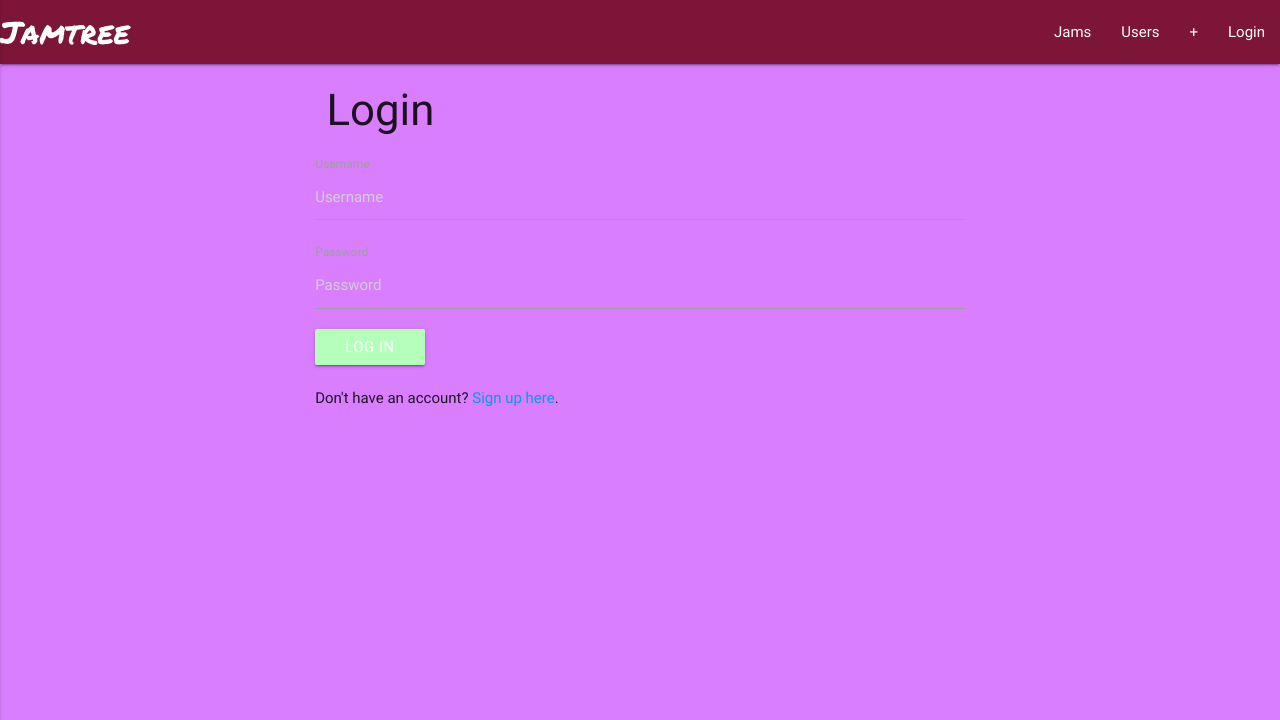
Repository: EdShackleton/milestone-project-3
Page: http://localhost/go_to_login
The author's editor kept a record of every edit. The page is drawn from the files as they stood at one moment, then again after the next edit.
The browser window is 1280 px wide. The pictures show the whole page.
Some web libraries are served in a nearby version. The page is served by the project's application, run on Flask 3 (app.py). Style sheets and scripts are compiled from the project's sources, by tool versions that may differ from the author's.

Above is the page before.

### templates/login.html
{% extends 'base.html' %} {% block content %}
<div class="container">
<h3>Login</h3>
    <div class="row">
        <div class="col-md-4 col-md-offset-4">
            <form method=POST action="{{ url_for('login') }}">
                <div class="form-group">
                    <label for="exampleInputEmail1">Username</label>
                    <input type="text" class="form-control" name="username" placeholder="Username">
                </div>
                <div class="form-group">
                    <label for="exampleInputPassword1">Password</label>
                    <input type="password" class="form-control" name="password" placeholder="Password">
                </div>
                <button type="submit" class="btn btn-primary btn-block">Log In</button>
            </form>
            <br>
            <div>
                Don't have an account? <a href="{{ url_for('register') }}">Sign up here</a>.
            </div>
        </div>
    </div>
</div>

{% endblock %}

### templates/base.html
<!DOCTYPE html>
<html>

<head>
    <link href="https://fonts.googleapis.com/icon?family=Material+Icons" rel="stylesheet">
    <link href="https://fonts.googleapis.com/css?family=Permanent+Marker|Roboto&display=swap" rel="stylesheet">
    <link rel="stylesheet" href="static/css/style.css" type="text/css" />
    <link rel="stylesheet" href="https://cdnjs.cloudflare.com/ajax/libs/materialize/0.100.2/css/materialize.min.css">
    <link rel="stylesheet" href="{{url_for('static', filename='css/style.css')}}" type="text/css" />
</head>

<body>
    <header>
        <nav>
            <div class="nav-wrapper">
                <a href="" class="brand-logo">Jamtree</a>
                <a href="#" data-activates="mobile-demo" class="button-collapse"><i class="material-icons">menu</i></a>
                <ul id="nav-mobile" class="right hide-on-med-and-down">
                    <li><a href="{{ url_for('get_jams') }}">Jams</a></li>
                    <li><a href="{{ url_for('get_users') }}">Users</a></li>
                    <li><a href="{{ url_for('add_jam') }}">+</a></li>
                    <li><a href="{{ url_for('go_to_login') }}">Login</a></li>

                </ul>
                <ul class="side-nav" id="mobile-demo">
                    <li><a href="{{ url_for('get_jams') }}">Jams</a></li>
                    <li><a href="{{ url_for('get_users') }}">Users</a></li>
                    <li><a href="{{ url_for('add_jam') }}">New Jam</a></li>
                    <li><a href="{{ url_for('go_to_login') }}">Login</a></li>

                </ul>
            </div>
        </nav>
    </header>
    <div class="container" id="background"></div>
    <div class="container">
        {% block content %} {% endblock %}
    </div>
    <script src="https://cdnjs.cloudflare.com/ajax/libs/jquery/3.2.1/jquery.min.js"></script>
    <script src="https://cdnjs.cloudflare.com/ajax/libs/materialize/0.100.2/js/materialize.min.js"></script>
    <script type="text/javascript">
        $(document).ready(function() {
            $('.collapsible').collapsible();
            $('select').material_select();
            $(".button-collapse").sideNav();
        });
        $('.datepicker').pickadate({
            selectMonths: true, // Creates a dropdown to control month
            selectYears: 15, // Creates a dropdown of 15 years to control year,
            today: 'Today',
            clear: 'Clear',
            close: 'Ok',
            closeOnSelect: false // Close upon selecting a date,
        });
    </script>
</body>

</html>

### app.py
import os
import bcrypt
from flask import Flask, render_template, redirect, request, url_for, session
from flask_pymongo import PyMongo
from bson.objectid import ObjectId



app = Flask(__name__)
app.config["MONGO_DBNAME"] = 'Jamtree'
app.config["MONGO_URI"] = 'mongodb+srv://root:Welcome3@myfirstcluster-8h2g0.mongodb.net/Jamtree?retryWrites=true&w=majority'

mongo = PyMongo(app)

#CRUD

@app.route('/get_jams')
def get_jams():
    return render_template("jams.html",
    jams=mongo.db.jam_or_event.find(),
    counties=mongo.db.counties.find())

@app.route('/get_users')
def get_users():
    return render_template("users.html",
    users=mongo.db.users.find(),
    counties=mongo.db.counties.find())

@app.route('/add_jam')
def add_jam():
    return render_template('addjam.html',
    instruments=mongo.db.instruments.find(),
    counties=mongo.db.counties.find())

@app.route('/insert_jam', methods=['POST'])
def insert_jam():
    jams =  mongo.db.jam_or_event
    jams.insert_one(request.form.to_dict())

    print(request.form)
    return redirect(url_for('get_jams'))


@app.route('/delete_jam/<jam_id>')
def delete_jam(jam_id):
    mongo.db.jam_or_event.remove({'_id': ObjectId(jam_id)})
    return redirect(url_for('get_jams'))

@app.route('/edit_jam/<jam_id>')
def edit_jam(jam_id):
    the_jam =  mongo.db.jam_or_event.find_one({"_id": ObjectId(jam_id)})
    return render_template('editjam.html', jam=the_jam)

@app.route('/update_jam/<jam_id>', methods=["POST"])
def update_jam(jam_id):
    jams = mongo.db.jam_or_event
    jams.update( {'_id': ObjectId(jam_id)},
    {
        'jam_title':request.form.get('jam_title'),
        'genre':request.form.get('genre'),
        'date_of_jam': request.form.get('date_of_jam'),
        'jam_location': request.form.get('jam_location'),
        'jam_postcode':request.form.get('jam_postcode'),
        'jam_members':request.form.get('jam_members'),
        'jam_instruments':request.form.get('jam_instruments'),
        'jam_notes':request.form.get('jam_notes'),
    })
    return redirect(url_for('get_jams'))



#login system

SALT = "asdfljheriun"

@app.route('/go_to_login')
def go_to_login():
    return render_template('login.html')

@app.route('/')
def index():
    users = mongo.db.users
    if 'username' in session:
        return render_template('welcome.html')

    return render_template('jams.html')

@app.route('/login', methods=['POST'])
def login():
    users = mongo.db.users
    hashpw =request.form['password'] + SALT
    login_user = users.find_one({'username' : request.form['username']})

    if login_user:
        if hashpw == login_user['password']:
            session['username'] = request.form['username']
            return redirect(url_for('index'))

    return render_template('re-login.html')

@app.route('/register', methods=['POST', 'GET'])
def register():
    if request.method == 'POST':
        users = mongo.db.users
        existing_user = users.find_one({'username' : request.form['username']})

        if existing_user is None:
            hashpass = (request.form['password'] + SALT)
            users.insert({'username' : request.form['username'],
            'password' : hashpass,
            'user_county' : request.form['user_county'],
            'user_instrument' : request.form['user_instrument']})
            session['username'] = request.form['username']
            return redirect(url_for('index'))

        return render_template('re-register.html',
    instruments=mongo.db.instruments.find())

    return render_template('register.html',
    instruments=mongo.db.instruments.find(),
    counties=mongo.db.counties.find())

if __name__ == '__main__':
    app.secret_key = 'mysecret'
    app.run(host=os.environ.get('IP'),
            port=int(8080),
            debug=True)

### static/css/style.sass
/* Variables */

$primary-color: #7D1538
$secondary-color: #F9F9F9
$third-color: #25283D
$fourth-color: #C45AB3
$fifth-color: #F45866

/* Mixins */

%box
    background-color: $secondary-color
    color: #383838
    border-color: white
    opacity: 0.9


%title
    font-family: 'Lalezar', cursive

/* background */


body
    background-color: #d97eff

/* nav bar */

.nav-wrapper
    background-color: $primary-color

.brand-logo
    font-family: 'Permanent Marker', cursive

/* search bar */

.search-bar
    -webkit-box-shadow: 5px 5px 5px 0px rgba(0,0,0,0.2)
    -moz-box-shadow: 5px 5px 5px 0px rgba(0,0,0,0.2)
    box-shadow: 5px 5px 5px 0px rgba(0,0,0,0.2)
    background-color: #f5ecf9

.select-wrapper input.select-dropdown
    margin: 0
    padding: 4px
    border: none

.dropdown-content li>span
    color: black
    font-family: 'Roboto', sans-serif


/* Jams page */

.jams-list
    @extend %box
    font-family: 'Roboto', sans-serif
    text-align: center

.jam-title
    @extend %title

.other-jam-info
    background-color: #F4CEFF
    border-color: white

/* Users page */

.user-card
    @extend %box
    font-family: 'Roboto', sans-serif

.user-name
    @extend %title

/* other */

.user-card
    @extend %box

.btn
    background-color: #b4ffba

.btn:hover
    background-color: $primary-color

.side-nav
    @extend %box

.side-nav li>a:hover
    background-color: $primary-color
    color: white

/* When starting to use sass, type into console: sass --watch static/css/style.sass:static/css/style.css */

After the next edit:
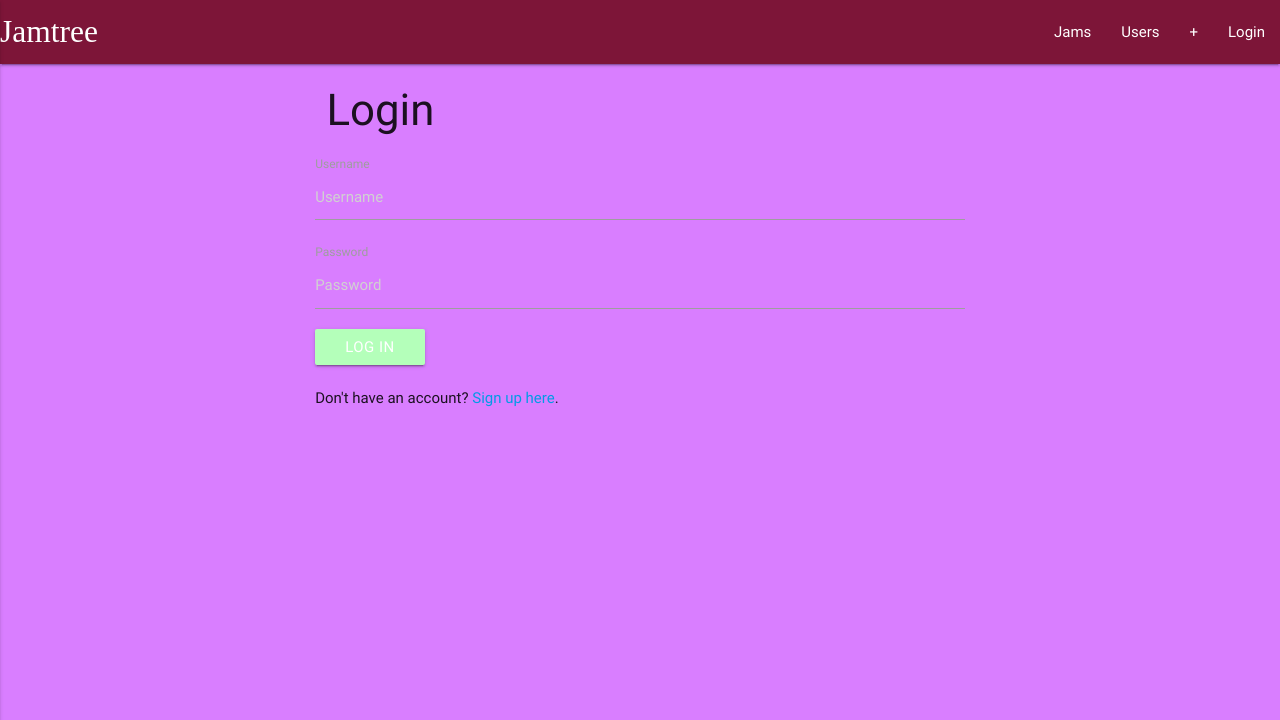
The edit:
--- a/templates/base.html
+++ b/templates/base.html
@@ -3,7 +3,7 @@
 
 <head>
     <link href="https://fonts.googleapis.com/icon?family=Material+Icons" rel="stylesheet">
-    <link href="https://fonts.googleapis.com/css?family=Permanent+Marker|Roboto&display=swap" rel="stylesheet">
+    <link href="https://fonts.googleapis.com/css?family=Lalezar|Roboto&display=swap" rel="stylesheet">
     <link rel="stylesheet" href="static/css/style.css" type="text/css" />
     <link rel="stylesheet" href="https://cdnjs.cloudflare.com/ajax/libs/materialize/0.100.2/css/materialize.min.css">
     <link rel="stylesheet" href="{{url_for('static', filename='css/style.css')}}" type="text/css" />
